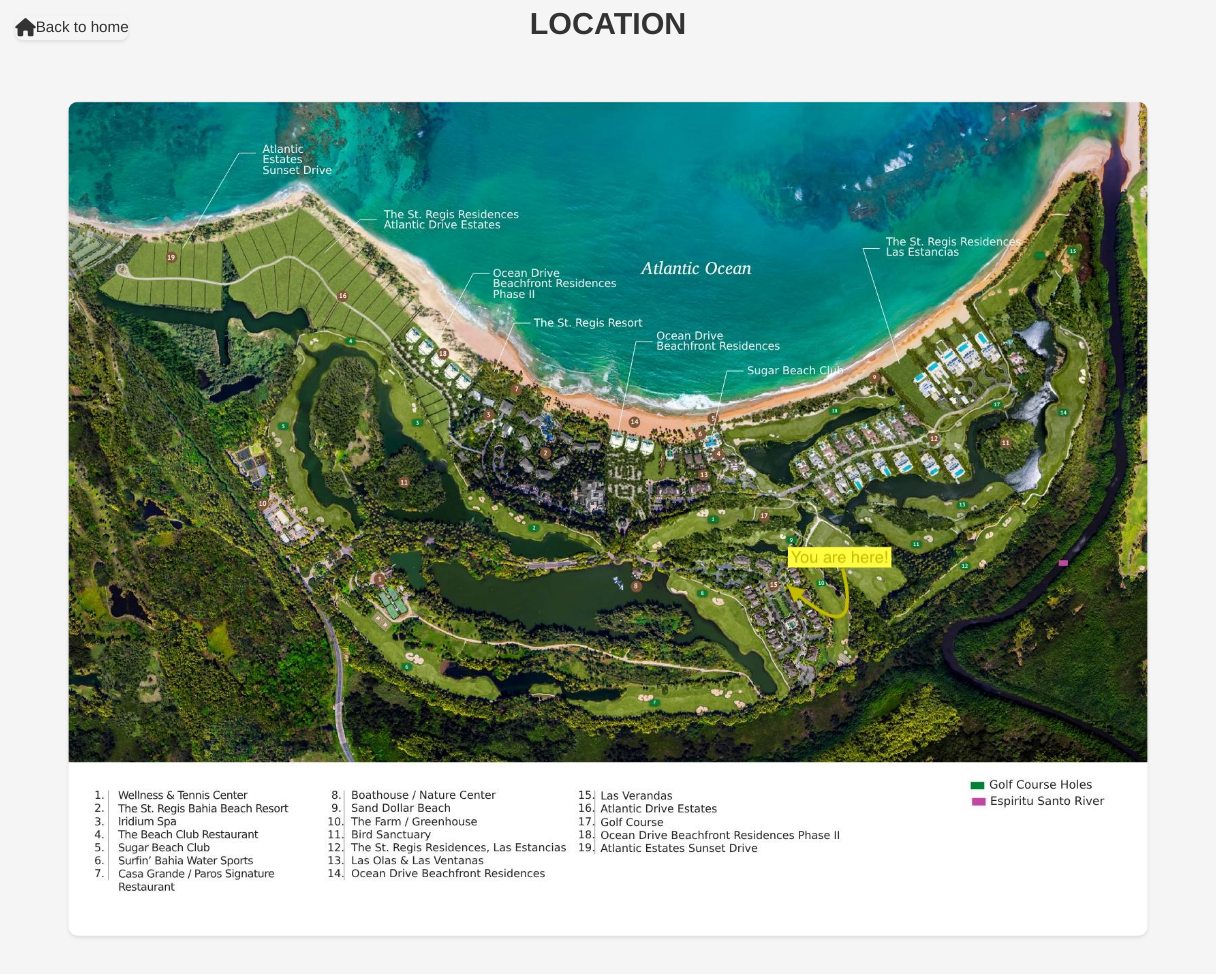
Repository: chvg1968/luxephonebook
Page: public/pages/ map.html
An editor plug-in stored every save of this project. The page is shown before and after the next save, followed by the edit.
The browser window is 1280 px wide. The pictures show the whole page, at 95% of full size.

Above is the page before, as saved 2025-01-23 19:50:11.

### public/pages/ map.html
<!DOCTYPE html>
<html lang="en">
<head>
    <meta charset="UTF-8">
    <meta name="viewport" content="width=device-width, initial-scale=1.0">
    <title>Location</title>
    <link rel="stylesheet" href="/public/assets/styles/main.css">
    <link rel="stylesheet" href="https://cdnjs.cloudflare.com/ajax/libs/font-awesome/6.0.0/css/all.min.css">
    <style>
        .map-container {
            max-width: 1200px;
            margin: 0 auto;
            padding: 2rem;
        }
        .map-image {
            width: 100%;
            height: auto;
            border-radius: 10px;
            box-shadow: 0 2px 4px rgba(0,0,0,0.1);
        }
    </style>
</head>
<body>
    <main>
        <div class="property-welcome">
            <h1 id="propertyTitle">LOCATION</h1>
            <a href="villaclara.html" class="back-to-home">
                <i class="fas fa-home"></i>
                <span>Back to home</span>
            </a>
        </div>

        <div class="map-container">
            <img src="/public/assets/images/map.jpg" alt="Location Map" class="map-image">
        </div>
    </main>
</body>
</html>

### public/assets/styles/main.css
:root {
    --primary-color: #2c3e50;
    --secondary-color: #3498db;
    --background-color: #f5f5f5;
    --card-background: #ffffff;
    --text-color: #333333;
    --border-radius: 8px;
    --spacing-sm: 8px;
    --spacing-md: 16px;
    --spacing-lg: 24px;
    --shadow-sm: 0 2px 4px rgba(0, 0, 0, 0.1);
    --shadow-md: 0 4px 6px rgba(0, 0, 0, 0.1);
    --transition-speed: 0.3s;
}

* {
    margin: 0;
    padding: 0;
    box-sizing: border-box;
}

body {
    font-family: 'Helvetica Neue', Arial, sans-serif;
    line-height: 1.6;
    color: var(--text-color);
    background-color: var(--background-color);
}

.container {
    max-width: 1200px;
    margin: 0 auto;
    padding: var(--spacing-lg);
}

.two-column-layout {
    display: grid;
    grid-template-columns: 1fr 1fr;
    gap: var(--spacing-lg);
    margin-top: var(--spacing-lg);
}

.property-column {
    background-color: var(--card-background);
    border-radius: var(--border-radius);
    padding: var(--spacing-lg);
    box-shadow: var(--shadow-sm);
    order: 1;
}

.search-column {
    background-color: var(--card-background);
    border-radius: var(--border-radius);
    padding: var(--spacing-lg);
    box-shadow: var(--shadow-sm);
    order: 2;
}

.main-menu {
    list-style: none;
    padding: 0;
}

.menu-item {
    margin-bottom: var(--spacing-sm);
}

.menu-button,
.sub-menu-button {
    width: 100%;
    display: flex;
    align-items: center;
    gap: var(--spacing-md);
    padding: var(--spacing-md);
    background-color: var(--card-background);
    border: none;
    border-radius: var(--border-radius);
    color: var(--primary-color);
    font-size: 1.1em;
    cursor: pointer;
    transition: all var(--transition-speed);
    box-shadow: var(--shadow-sm);
}

.menu-button i,
.sub-menu-button i {
    font-size: 1.2em;
    width: 24px;
    text-align: center;
}

.menu-button:hover,
.sub-menu-button:hover {
    background-color: var(--secondary-color);
    color: white;
    transform: translateY(-2px);
    box-shadow: var(--shadow-md);
}

.menu-button.selected,
.sub-menu-button.selected {
    background-color: var(--primary-color);
    color: white;
}

.sub-menu {
    list-style: none;
    padding-left: var(--spacing-lg);
    margin-top: var(--spacing-sm);
    display: none; /* Oculto por defecto */
}

.menu-item:hover .sub-menu {
    display: block; /* Se muestra al hacer hover */
}

.sub-menu-item {
    margin-bottom: var(--spacing-sm);
}

.sub-menu-button {
    font-size: 0.95em;
    padding: var(--spacing-sm) var(--spacing-md);
    background-color: var(--background-color);
}

.sub-menu-button i {
    font-size: 1.1em;
}

.modal-container {
    display: none;
    position: fixed;
    top: 0;
    left: 0;
    width: 100%;
    height: 100%;
    background-color: rgba(0, 0, 0, 0.5);
    z-index: 1000;
    opacity: 0;
    transition: opacity var(--transition-speed);
}

.modal-container.active {
    display: flex;
    opacity: 1;
}

.modal-content {
    background-color: var(--card-background);
    border-radius: var(--border-radius);
    width: 90%;
    max-width: 800px;
    max-height: 90vh;
    margin: auto;
    position: relative;
    transform: translateY(-20px);
    transition: transform var(--transition-speed);
    overflow: hidden;
    display: flex;
    flex-direction: column;
}

.modal-container.active .modal-content {
    transform: translateY(0);
}

.modal-header {
    padding: var(--spacing-md);
    background-color: var(--primary-color);
    color: white;
    display: flex;
    align-items: center;
    gap: var(--spacing-md);
    position: sticky;
    top: 0;
}

.back-button {
    background: none;
    border: none;
    color: white;
    cursor: pointer;
    display: flex;
    align-items: center;
    gap: var(--spacing-sm);
    font-size: 1em;
    padding: var(--spacing-sm);
    border-radius: var(--border-radius);
    transition: background-color var(--transition-speed);
}

.back-button:hover {
    background-color: rgba(255, 255, 255, 0.1);
}

.modal-body {
    padding: var(--spacing-lg);
    overflow-y: auto;
    flex-grow: 1;
}

.search-section {
    background-color: var(--card-background);
    padding: var(--spacing-lg);
    border-radius: var(--border-radius);
    box-shadow: var(--shadow-sm);
    margin-bottom: var(--spacing-lg);
}

.search-box {
    display: flex;
    gap: var(--spacing-md);
    margin-bottom: var(--spacing-md);
}

.search-input {
    flex: 1;
    padding: var(--spacing-sm);
    border: 2px solid var(--border-color);
    border-radius: var(--border-radius);
    font-size: 1rem;
    transition: var(--transition);
    background-color: var(--card-background);
}

.search-input:focus {
    outline: none;
    border-color: var(--primary-color);
}

.category-select {
    padding: var(--spacing-sm);
    border: 2px solid var(--border-color);
    border-radius: var(--border-radius);
    font-size: 1rem;
    min-width: 200px;
    background-color: var(--card-background);
    cursor: pointer;
    transition: var(--transition);
}

.category-select:focus {
    outline: none;
    border-color: var(--primary-color);
}

.stats {
    color: var(--text-light);
    font-size: 0.9rem;
}

.results {
    display: grid;
    grid-template-columns: repeat(auto-fill, minmax(300px, 1fr));
    gap: var(--spacing-md);
    padding: var(--spacing-sm);
}

.card {
    background-color: var(--card-background);
    border-radius: var(--border-radius);
    padding: var(--spacing-md);
    box-shadow: var(--shadow-sm);
    transition: var(--transition);
}

.card:hover {
    box-shadow: var(--shadow-md);
    transform: translateY(-2px);
}

.property-welcome {
    text-align: center;
    margin-bottom: var(--spacing-lg);
    position: relative;
}

.property-image {
    width: 100%;
    max-height: 400px;
    object-fit: cover;
    border-radius: var(--border-radius);
    margin-bottom: var(--spacing-md);
}

.back-to-home {
    position: absolute;
    top: var(--spacing-md);
    left: var(--spacing-md);
    background-color: var(--background-color);
    padding: var(--spacing-xs) var(--spacing-sm);
    border-radius: var(--border-radius);
    text-decoration: none;
    color: var(--text-color);
    display: flex;
    align-items: center;
    gap: var(--spacing-xs);
    box-shadow: var(--shadow-sm);
    transition: var(--transition);
}

.back-to-home:hover {
    box-shadow: var(--shadow-md);
    transform: translateY(-2px);
}

.back-to-home i {
    font-size: 1.2rem;
}

.property-info {
    background-color: var(--card-background);
    padding: var(--spacing-md);
    border-radius: var(--border-radius);
    box-shadow: var(--shadow-sm);
}

.info-section {
    margin-bottom: var(--spacing-md);
}

.info-section:last-child {
    margin-bottom: 0;
}

.info-section h3 {
    margin-bottom: var(--spacing-sm);
    color: var(--text-color);
    font-weight: 600;
}

.info-list {
    list-style: none;
}

.info-list li {
    margin-bottom: var(--spacing-xs);
    padding-left: var(--spacing-md);
    position: relative;
}

.info-list li::before {
    content: "•";
    color: var(--primary-color);
    position: absolute;
    left: 0;
}

.warning {
    color: var(--primary-dark);
    font-weight: 500;
}

/* Estilos para las secciones de resultados */
.results-sections {
    margin-top: 2rem;
}

.category-section {
    margin-bottom: 2rem;
    scroll-margin-top: 2rem;
}

.category-section h2 {
    color: #333;
    font-size: 1.5rem;
    margin-bottom: 1rem;
    padding-bottom: 0.5rem;
    border-bottom: 2px solid #e0e0e0;
}

/* Scroll suave para toda la página */
html {
    scroll-behavior: smooth;
}

/* Ajustes responsive */
@media (max-width: 768px) {
    .two-column-layout {
        display: flex;
        flex-direction: column;
        gap: var(--spacing-md);
    }

    .property-column {
        order: 1;
    }

    .search-column {
        order: 2;
    }

    .modal-content {
        width: 95%;
        max-height: 95vh;
        margin: 10px auto;
    }

    .menu-button {
        padding: var(--spacing-sm);
    }

    .menu-button i {
        font-size: 1.1em;
    }

    .category-section {
        scroll-margin-top: 1rem;
    }
}

After the next save:
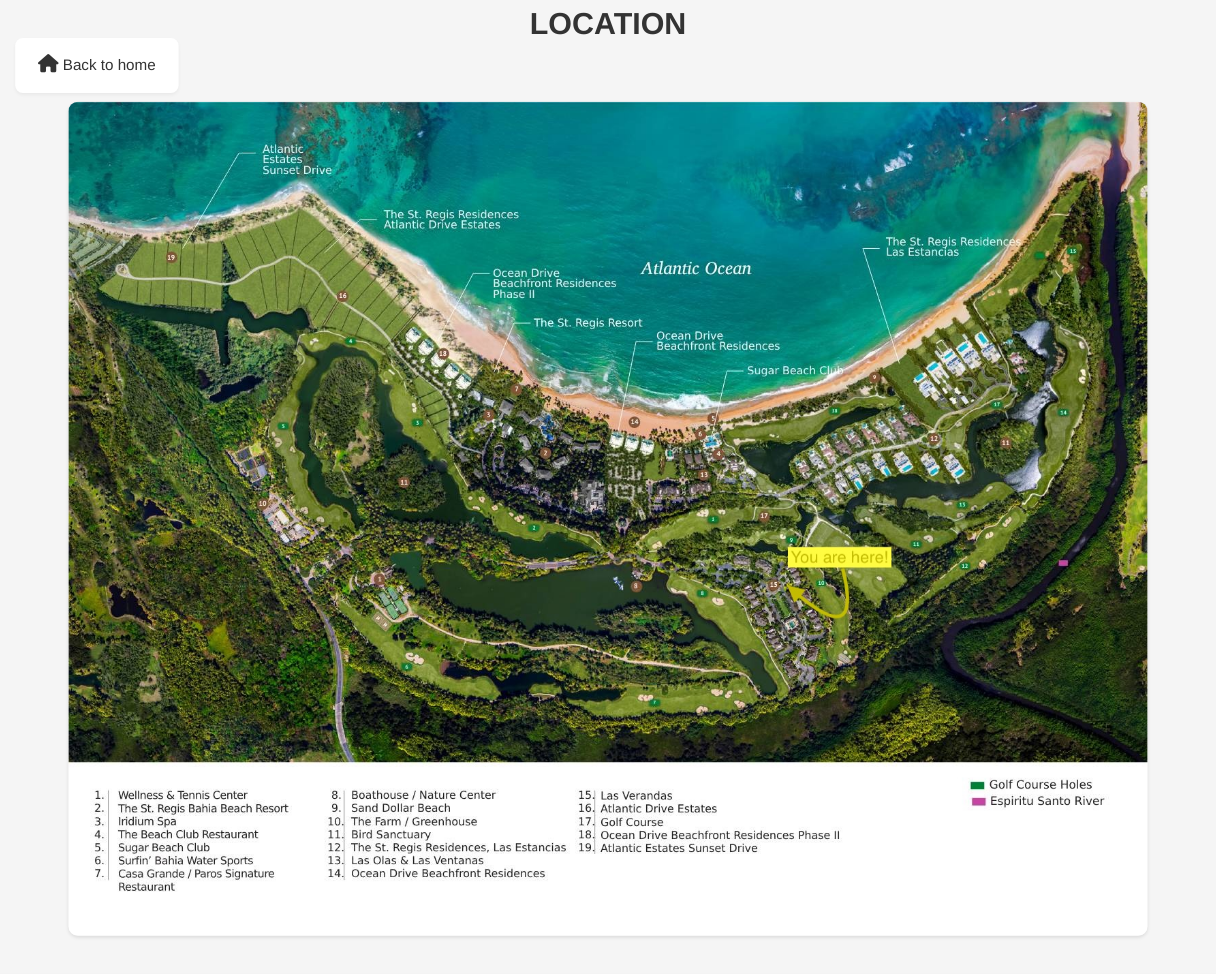
Saved 104 s later.
--- a/public/pages/ map.html
+++ b/public/pages/ map.html
@@ -18,6 +18,19 @@
             border-radius: 10px;
             box-shadow: 0 2px 4px rgba(0,0,0,0.1);
         }
+        .back-to-home {
+            padding: 1rem 1.5rem;
+            background-color: #fff;
+            border-radius: 8px;
+            margin-top: 1.5rem;
+            display: inline-block;
+            box-shadow: 0 2px 4px rgba(0,0,0,0.05);
+        }
+        .back-to-home:hover {
+            background-color: #f8f8f8;
+            transform: translateY(-2px);
+            transition: all 0.3s ease;
+        }
     </style>
 </head>
 <body>
